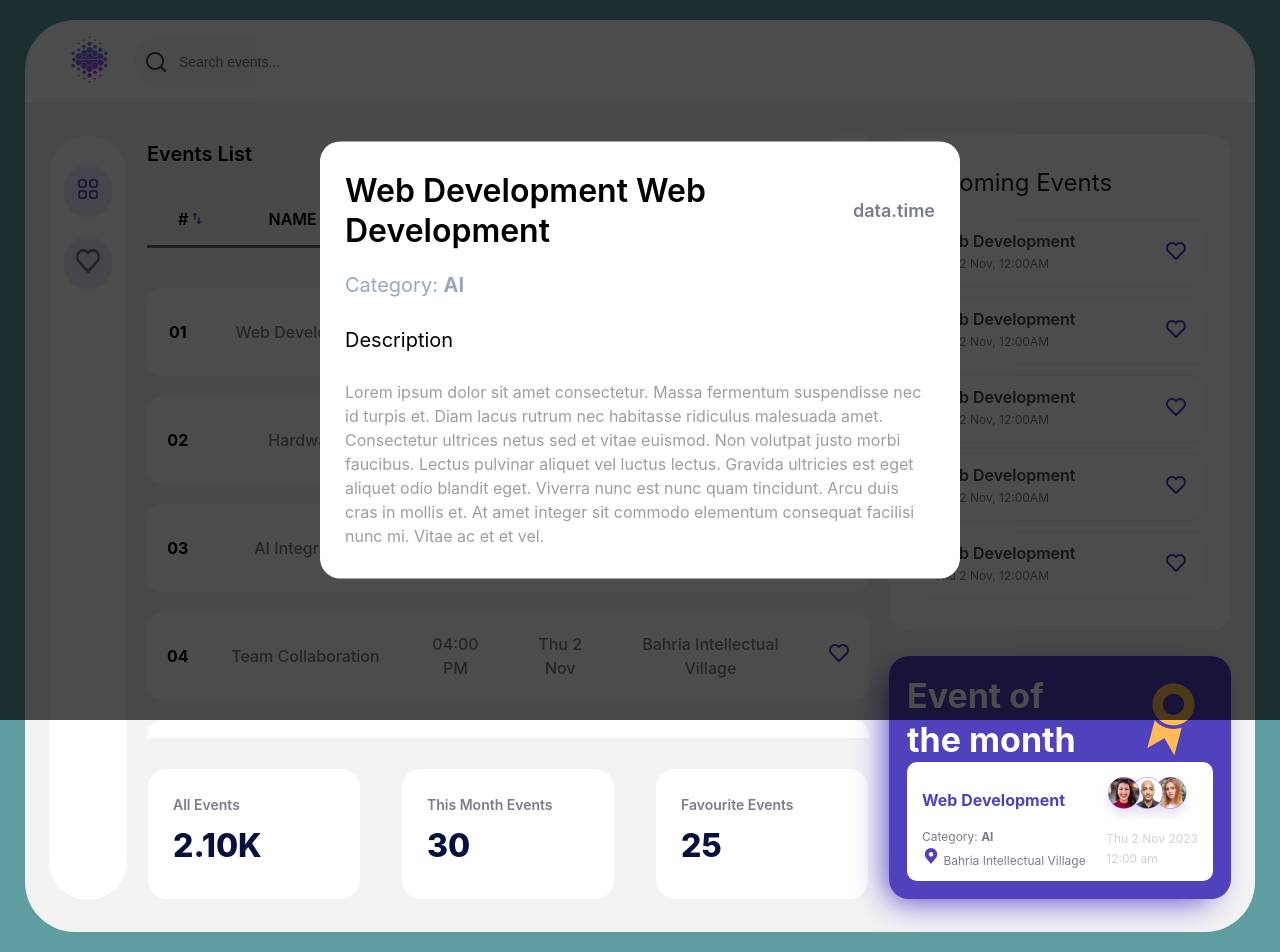
Repository: ahmadunitedsol710/react-dashboard
Page: /, after clicking the first element matching `tr.body_row`
These files come from the project's save history. The page is drawn as it stood at one moment and after the next save; the edit follows.
The browser window is 1280 px wide. The pictures show the whole page.
An inner scrolling area shows only its first screen. The project was rebuilt for these pictures with package versions that can differ from the ones it lists, and the page was loaded fresh each time.

Above is the page before, as saved 2024-08-02 10:23:34.

After the next save:
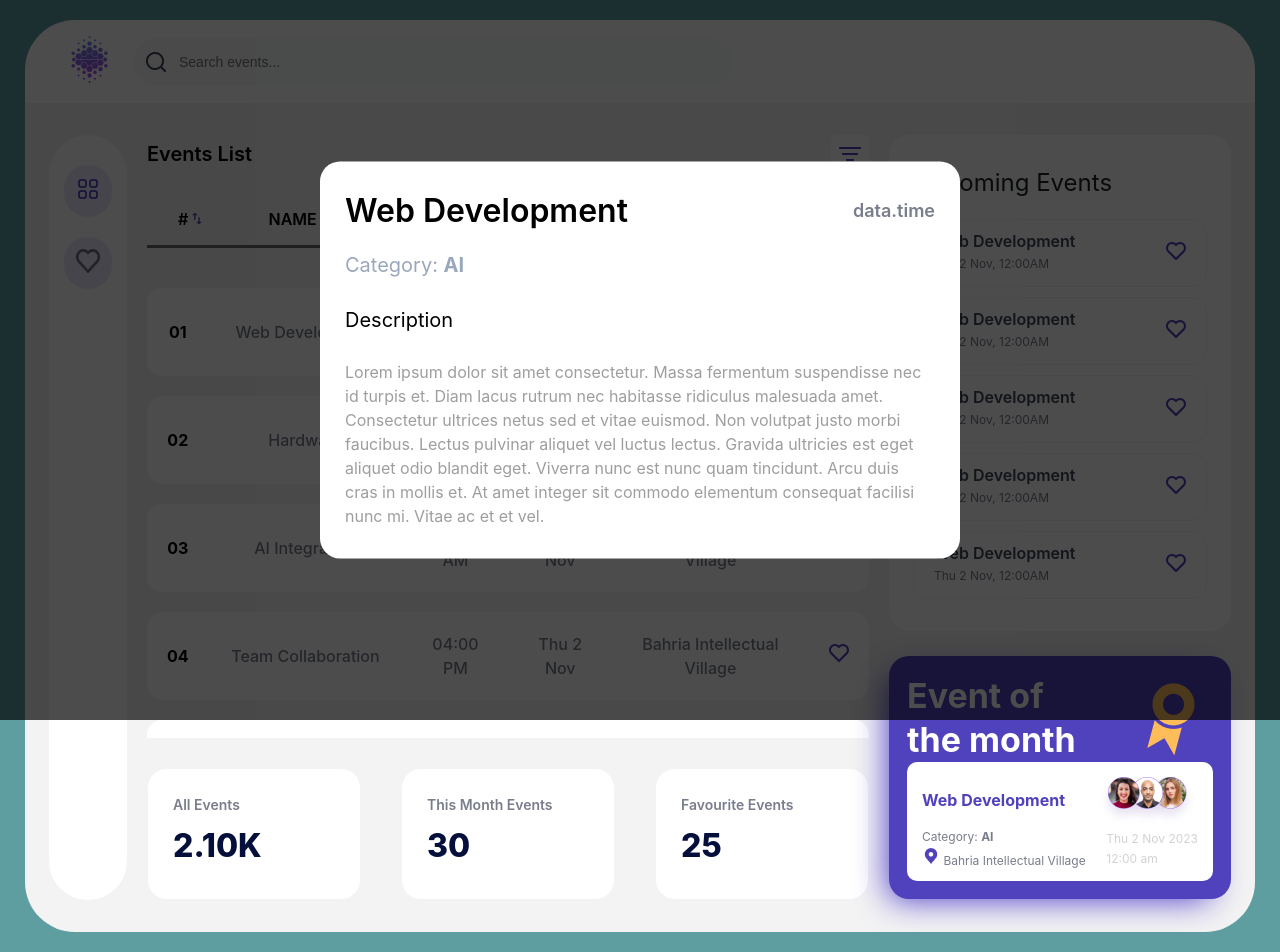
Saved 54 s later.
--- a/src/Components/Body/Detailpopup.js
+++ b/src/Components/Body/Detailpopup.js
@@ -8,7 +8,7 @@ const Detailpopup = ({closeModal, data}) => {
             <div className="detailpopup">
                 <div className="course_Details">
                     <div className="title_time">
-                        <h2 className="title">{data.name} Web Development</h2>
+                        <h2 className="title">{data.name}</h2>
                         <span className="time">data.time</span>
                     </div>
                     <span className="category">Category: <strong>AI</strong></span>
